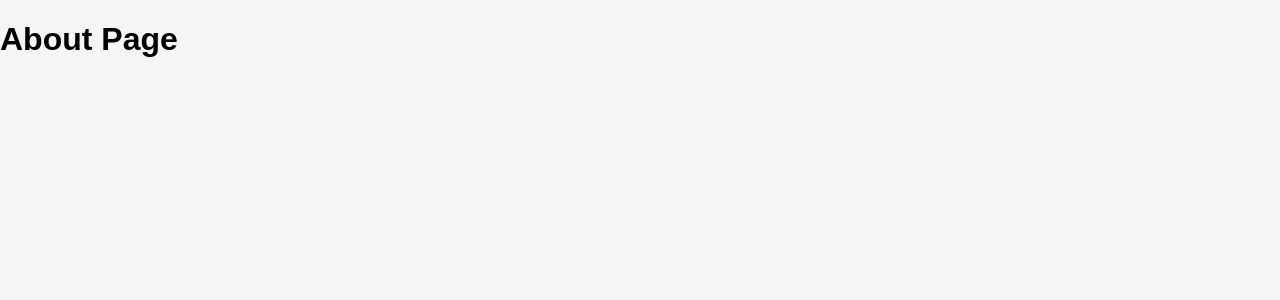
Repository: KwaunchaiJankaikot/mootod
Page: /about (app in frontend/)
These files come from the project's save history. The page is drawn as it stood at one moment and after the next save; the edit follows.
The browser window is 1280 px wide. The pictures show the whole page.
The project was rebuilt for these pictures with package versions that can differ from the ones it lists, and the page was loaded fresh each time. Also part of the build but not shown: frontend/vue.config.js, frontend/src/views/Home.vue.

Above is the page before, as saved 2025-04-13 04:00:21.

After the next save:
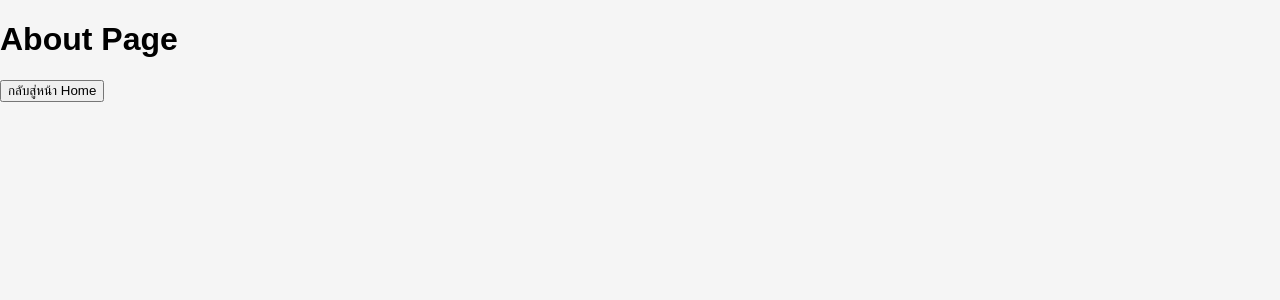
Saved 4 s later.
--- a/frontend/src/views/About.vue
+++ b/frontend/src/views/About.vue
@@ -1,12 +1,20 @@
 <template>
   <div>
     <h1>About Page</h1>
+    <!-- ปุ่มเพื่อไปยังหน้า Home -->
+    <button @click="goToHome">กลับสู่หน้า Home</button>
   </div>
 </template>
 
 <script>
 export default {
-  name: 'AboutPage'  // เปลี่ยนชื่อจาก 'About' เป็น 'AboutPage'
+  name: 'AboutPage',
+  methods: {
+    goToHome() {
+      // การนำทางไปยังหน้า / (Home)
+      this.$router.push('/');
+    }
+  }
 };
 </script>
 
